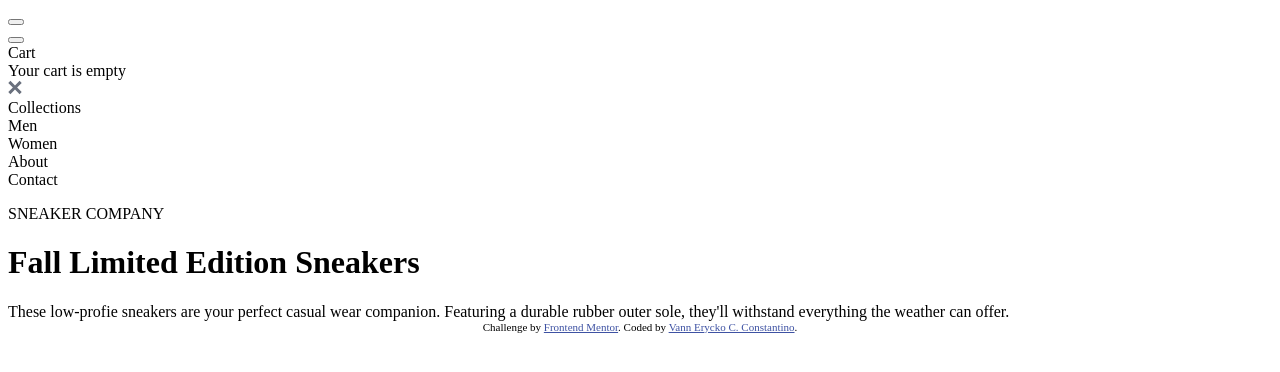
Repository: kocokoy/ecommerce-product-page
Page: src/template.html
The author's editor kept a copy of each file at every save. The page is drawn from the files as they stood at one save, then again after the next save.
The browser window is 1280 px wide. The pictures show the whole page.
Some web fonts or font styles are not loaded; a fallback is used.

Above is the page before, as saved 2024-11-18 15:57:24.

After the next save:
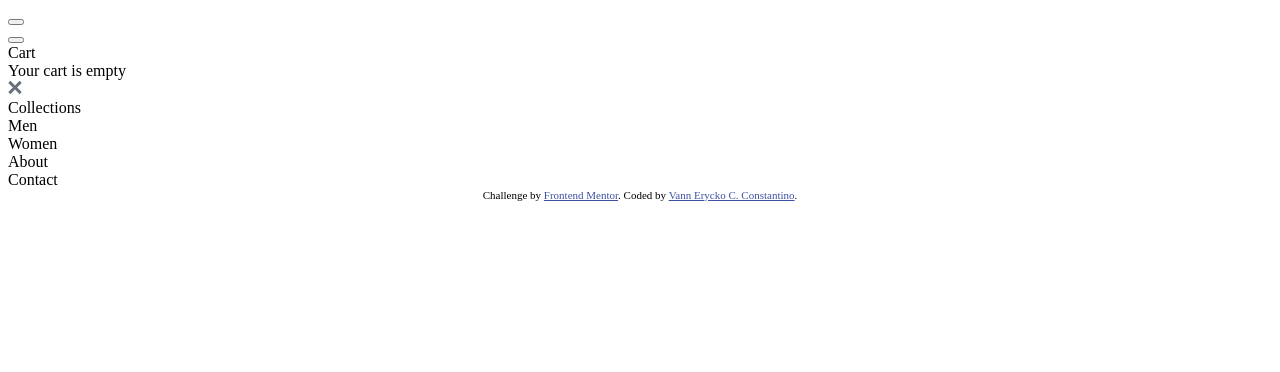
Saved 12 min 20 s later.
--- a/src/template.html
+++ b/src/template.html
@@ -42,7 +42,7 @@
       <div>Contact</div>
     </container>
     <container class="item-info">
-      <div class="item-info-text">
+      <!-- <div class="item-info-text">
         <p>SNEAKER COMPANY</p>
         <H1>Fall Limited Edition Sneakers</H1>
         <div>
@@ -56,7 +56,7 @@
 
       </div>
       <div class="item-info-button">
-      </div>
+      </div> -->
     </container>
   </div>
   <div class="attribution">
